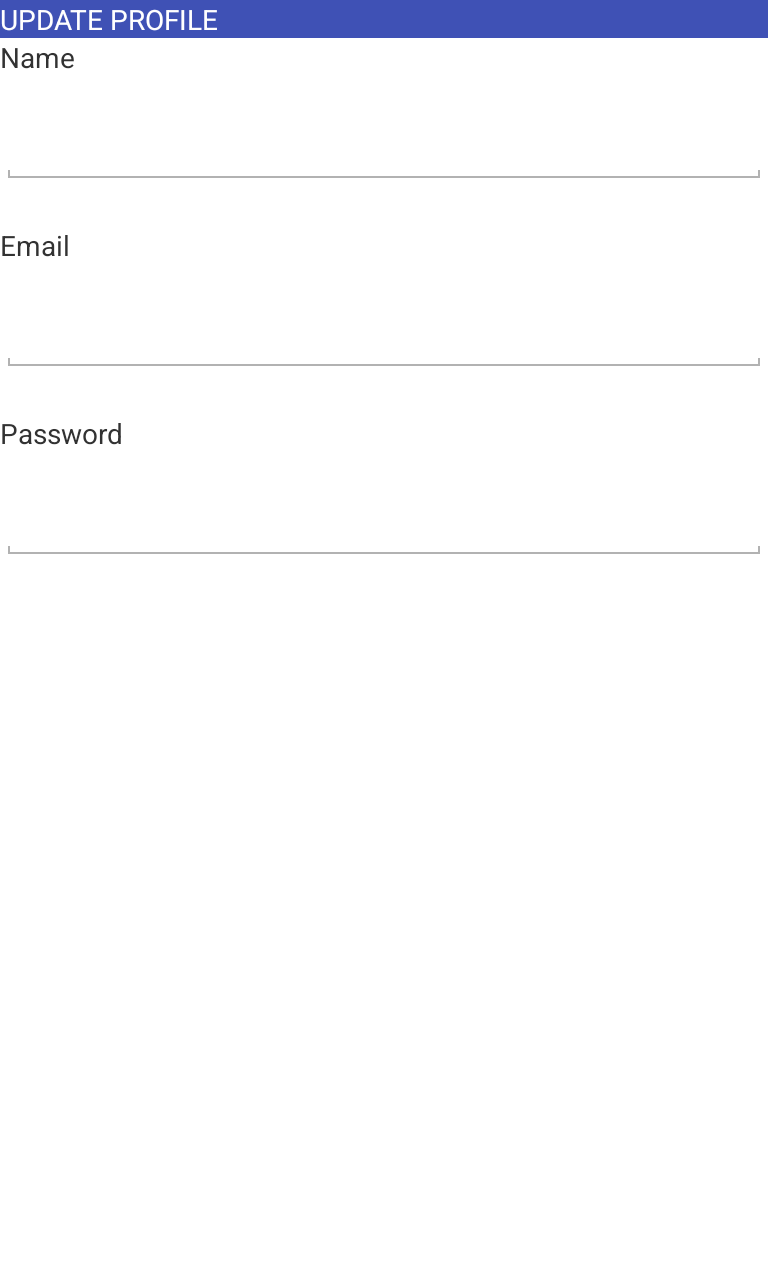
Repository: Harshil737/Career-Launcher
Layout: CareerLauncher/res/layout/item_profile_update.xml
An editor plug-in stored every save of this project. The layout is shown before and after the next save, followed by the edit.
It is drawn on a 768 x 1280 px phone screen (xhdpi) without system bars, with theme AppTheme; the app's code is not run.

Above is the layout before, as saved 2017-11-05 13:15:07.

After the next save:
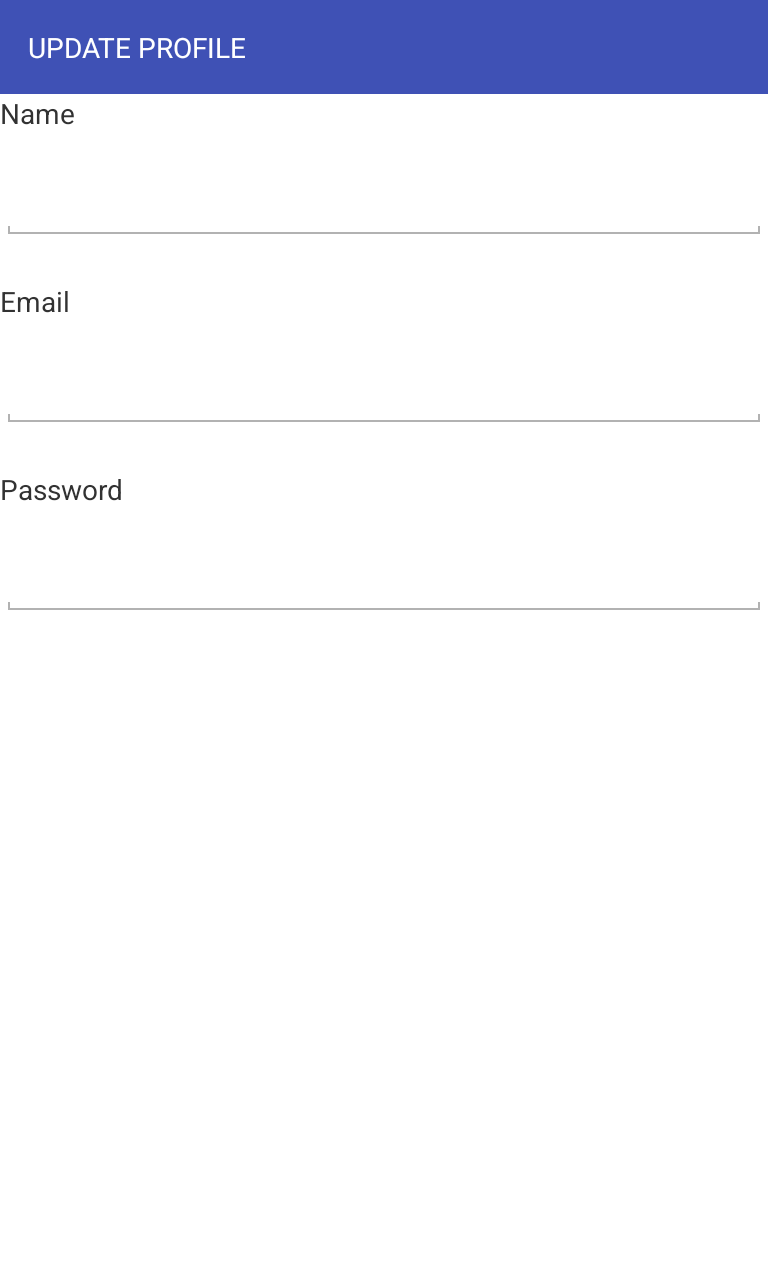
Saved 14 s later.
--- a/CareerLauncher/res/layout/item_profile_update.xml
+++ b/CareerLauncher/res/layout/item_profile_update.xml
@@ -8,6 +8,7 @@
         android:layout_width="match_parent"
         android:layout_height="wrap_content"
         android:background="@color/colorPrimary"
+        android:padding="14dp"
         android:text="UPDATE PROFILE"
         android:textColor="@color/colorWhite" />
 
